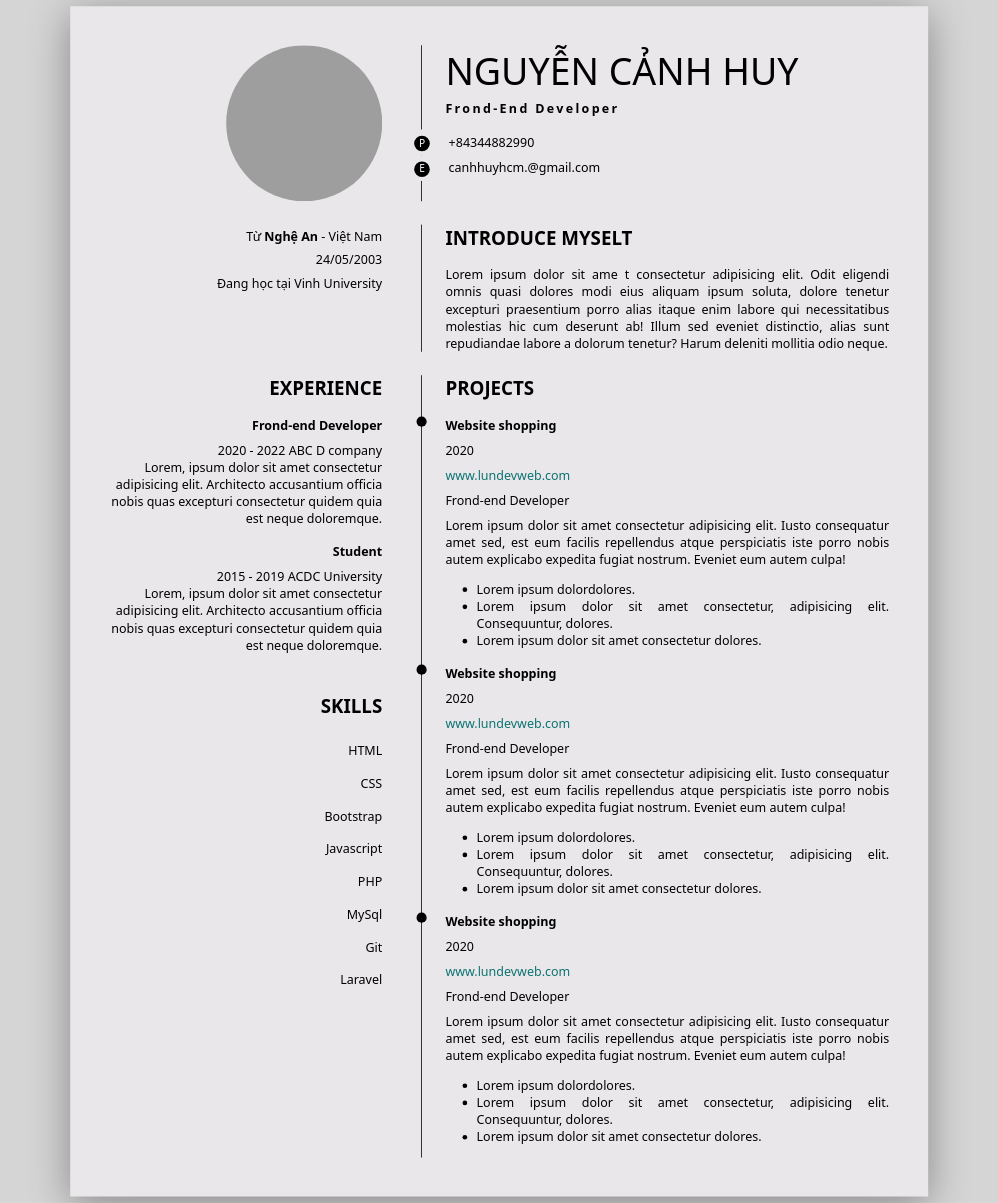
Repository: huycodedie/cv-intern
Page: index.html
These files come from the project's save history. The page is drawn as it stood at one moment and after the next save; the edit follows.
The browser window is 1280 px wide. The pictures show the whole page, at 78% of full size.
Pictures or frames that could not be fetched are drawn as grey boxes.

Above is the page before, as saved 2025-07-05 23:08:44.

After the next save:
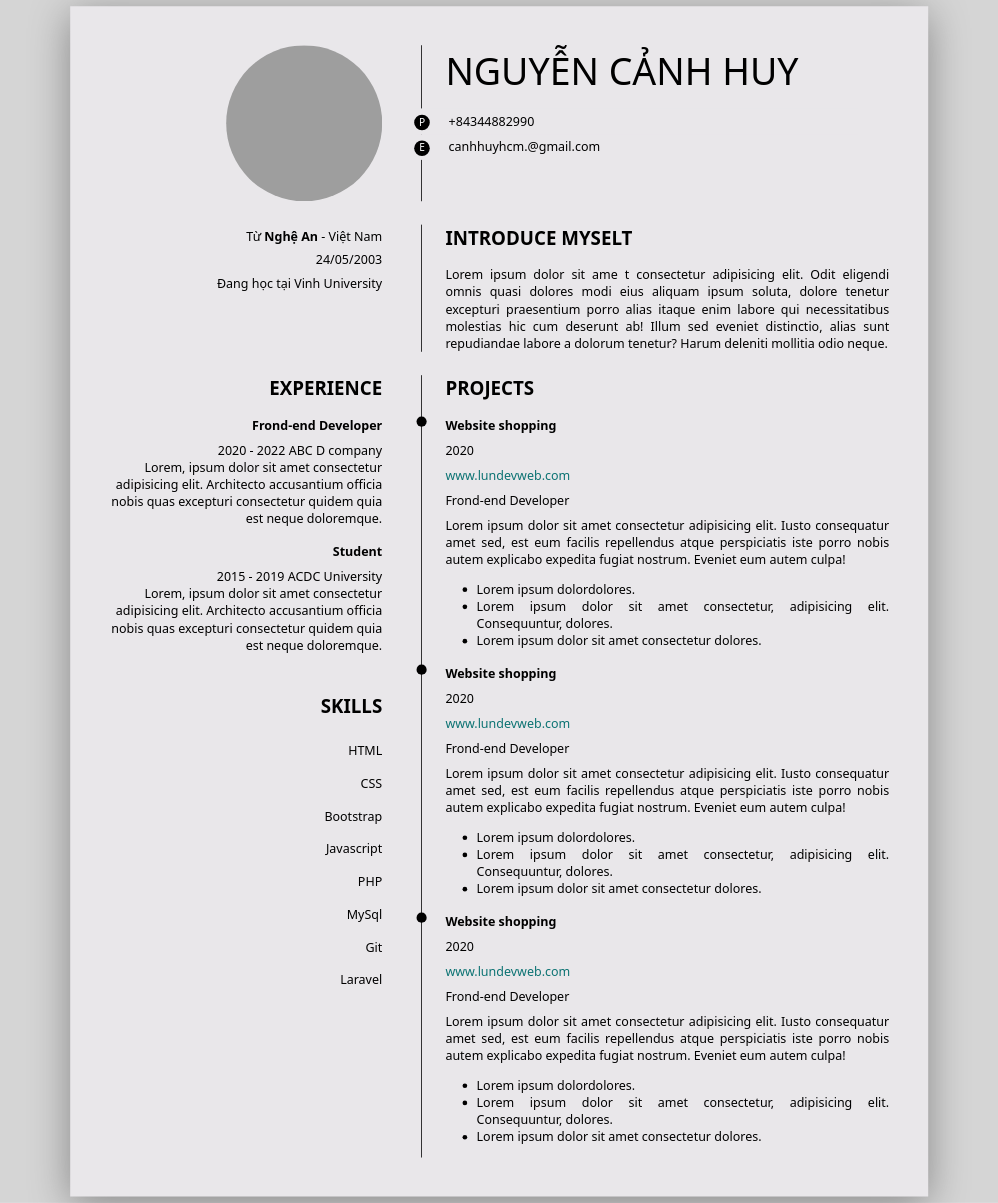
Saved 8 s later.
--- a/index.html
+++ b/index.html
@@ -16,7 +16,7 @@
            </div>
            <div class="name">
                 <h1>NGUYỄN CẢNH HUY</h1>
-                <div class="specialize">Frond-End Developer</div>
+                <!-- <div class="specialize">Frond-End Developer</div> -->
                 <ul class="contact">
                     <li>
                         <span>P</span> +84344882990
